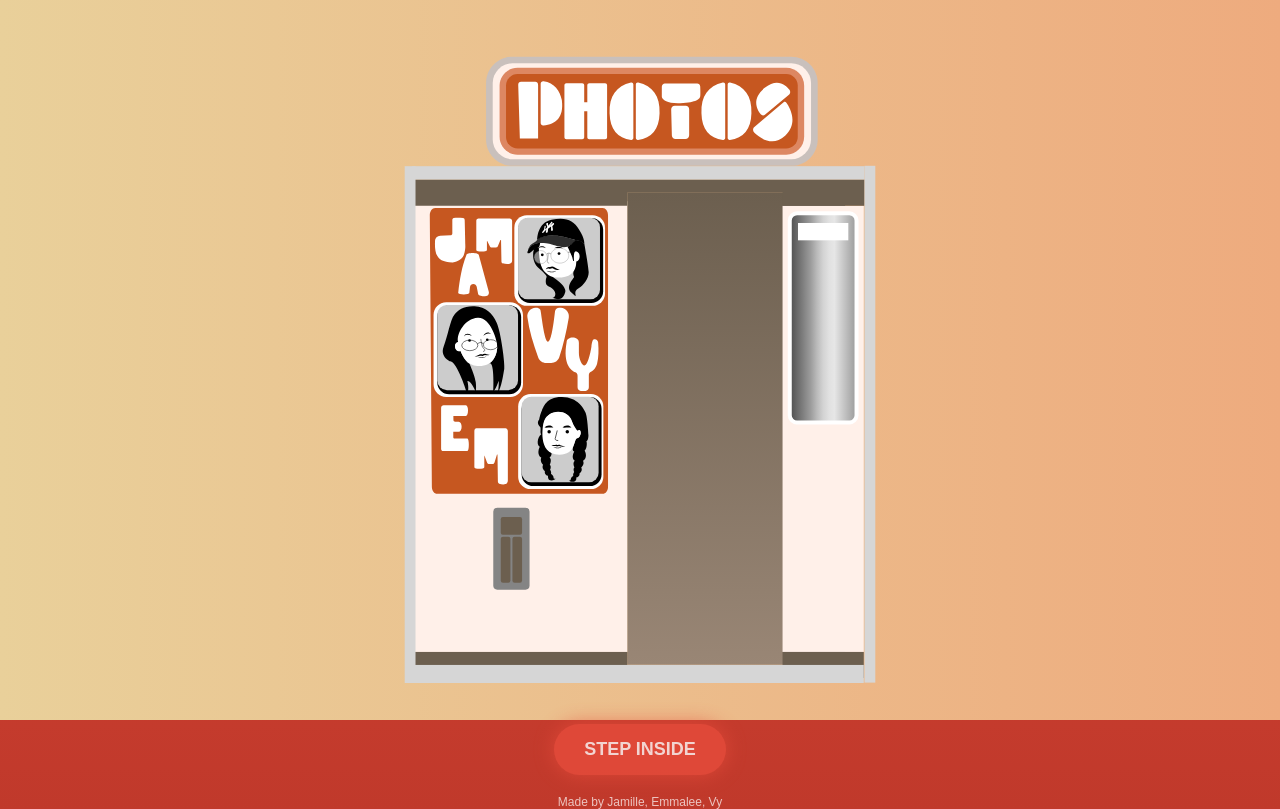
Repository: Strawb3rryjam/QuickSnip
Page: index.html
An editor plug-in stored every save of this project. The page is shown before and after the next save, followed by the edit.
The browser window is 1280 px wide. The pictures show the whole page.

Above is the page before, as saved 2025-05-08 14:00:58.

After the next save:
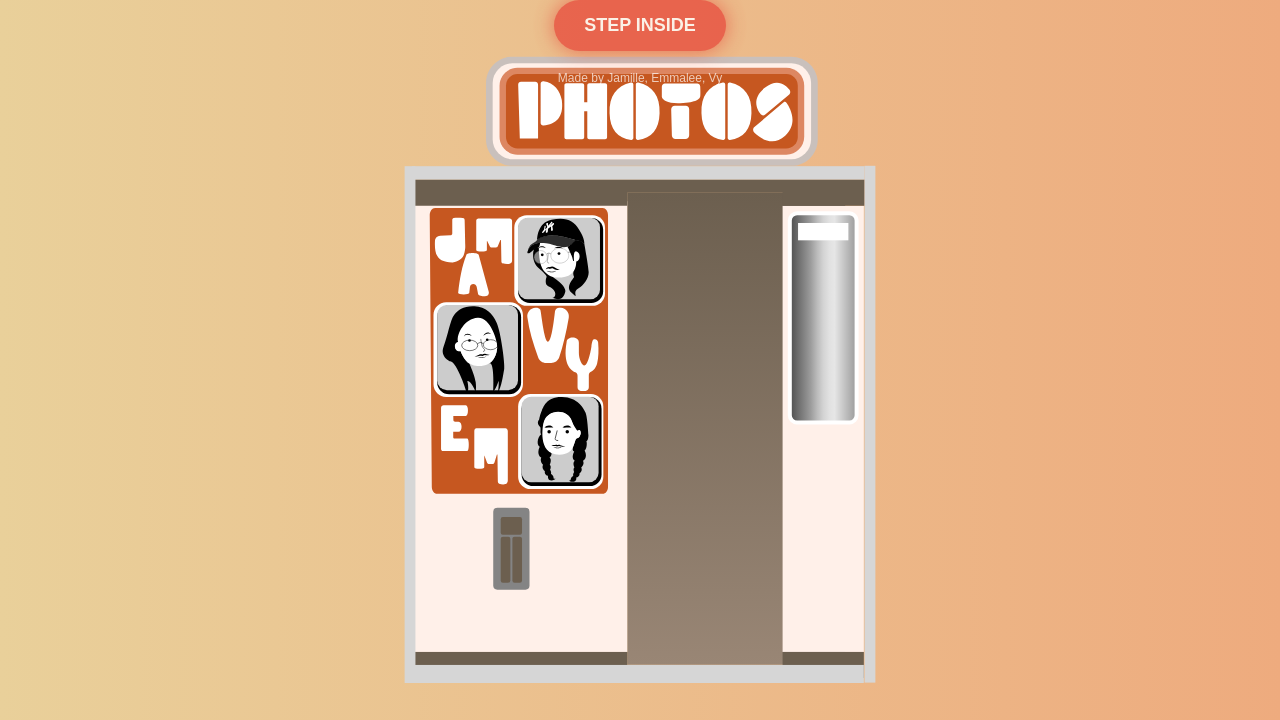
Saved 14 s later.
--- a/styles.css
+++ b/styles.css
@@ -23,11 +23,13 @@ h1 {
 
 
 .entrance{
-  background-size: cover;
-  background-position: center;
-  background-repeat: no-repeat;
-  size: 100%;
-  height: 100vh;
+  position: absolute;
+  top: 0;
+  left: 0;
+  width: 100%;
+  height: 100%;
+  object-fit: cover;
+  z-index: -1; /* send it behind any text or buttons */
 }
 
 
